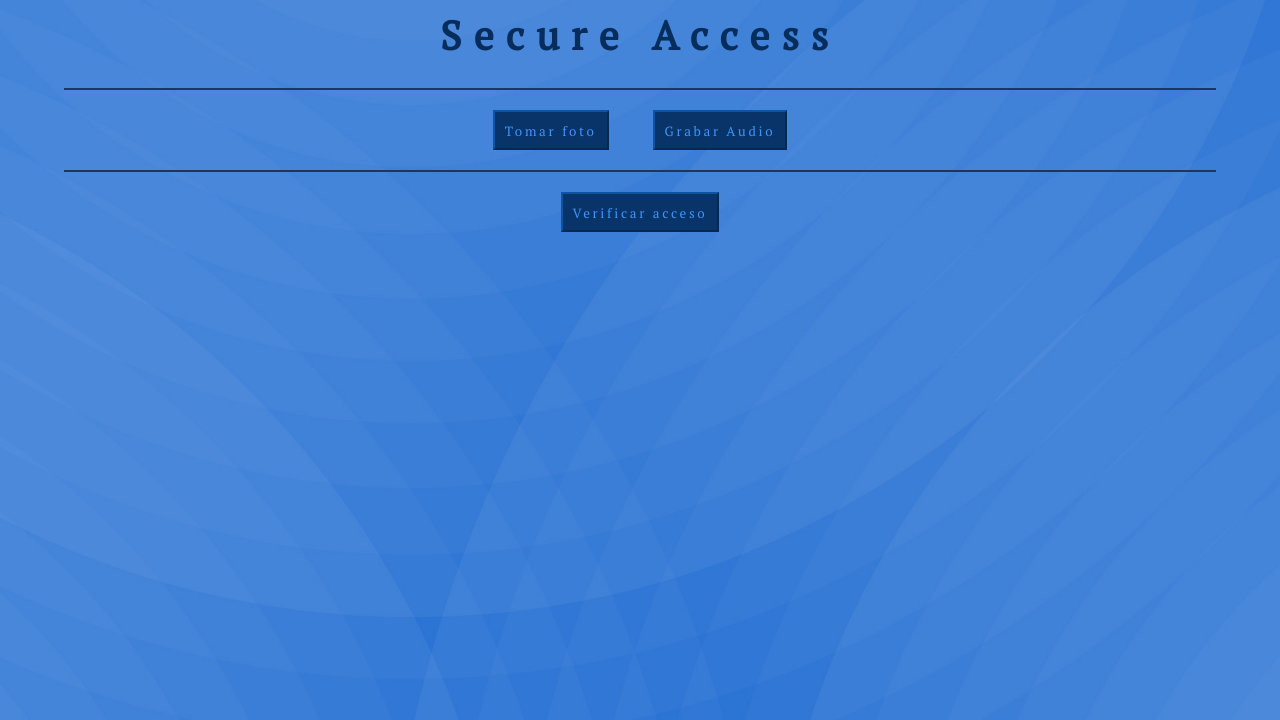
Repository: dabarreiroh/SECURE-ACCESS
Page: accessecure/templates/home/index.html
An editor plug-in stored every save of this project. The page is shown before and after the next save, followed by the edit.
The browser window is 1280 px wide. The pictures show the whole page.

Above is the page before, as saved 2020-03-16 23:58:52.

### accessecure/templates/home/index.html
<html>
    <head>
        <link rel="stylesheet" href="./../../static/admin/css/index/index.css">
        <link href="https://fonts.googleapis.com/css?family=PT+Serif&display=swap" rel="stylesheet">

    </head>
<body>

<h1>Secure Access</h1>

<div class="options">
    <input type="button" value="Tomar foto" onClick="window.location.href='photo'">
    <input type="button" value="Grabar Audio" onClick="window.location.href='audio'">
</div>


<div>
    <input type="button" value="Verificar acceso" onClick="window.location.href='verified'">
</div>

</body>
</html>

### accessecure/static/admin/css/index/index.css
*{
    text-align: center;
    font-family: 'PT Serif', serif;
}

body{
    background-image: url(../../img/background.jpg);
    background-size: cover;
}

h1{
    color: #072D5C;
    /* color: #1D3759; */
    letter-spacing: 0.3em;
    font-size: 40px;
}

.options{
    border: solid #1D3759;
    border-width: 2px 0px;
    width: 90vw;
    margin: 0 auto;
}

input{
    margin: 20px;
    height: 40px;
    padding: 10px;
    letter-spacing: 0.2em;
    /* background-color: #072D5C;
    border: 2px solid #406FA8; */
    background-color: #083469;
    border: 2px solid #0D53A8;
    border-style: outset;
    color: #3e95f8;

}

After the next save:
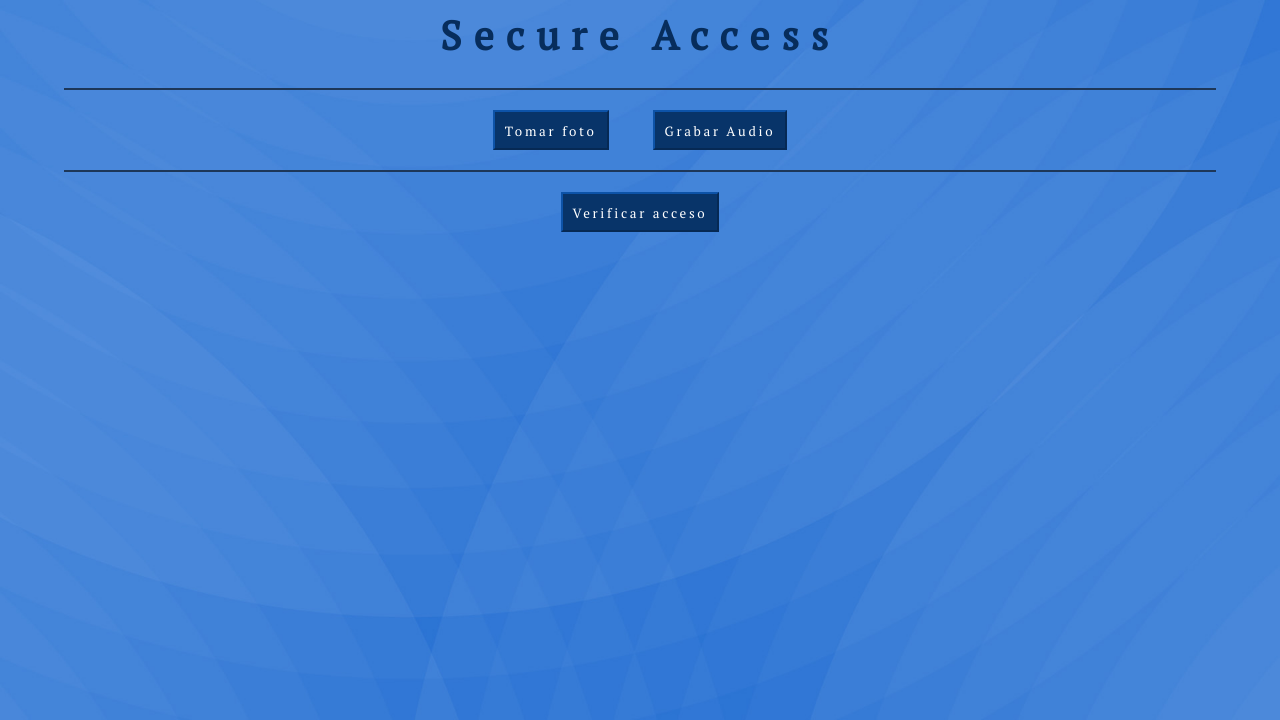
Saved 10 s later.
--- a/accessecure/static/admin/css/index/index.css
+++ b/accessecure/static/admin/css/index/index.css
@@ -32,6 +32,6 @@ input{
     background-color: #083469;
     border: 2px solid #0D53A8;
     border-style: outset;
-    color: #3e95f8;
+    color: white;
 
 }
